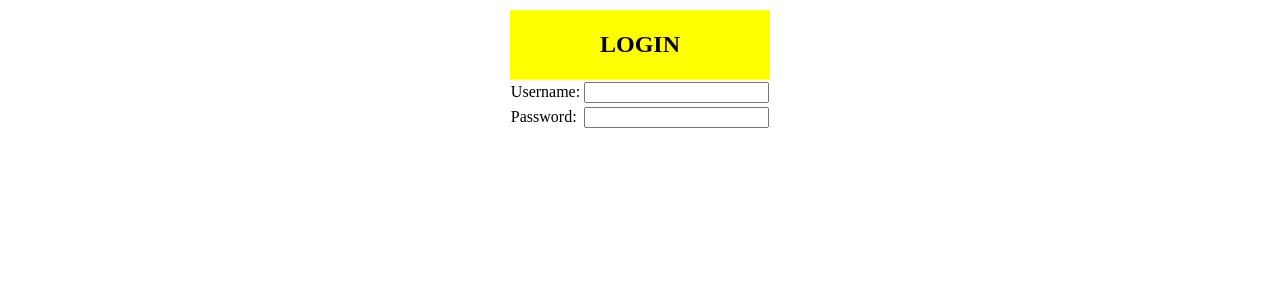
Repository: FatCat0712/JSP
Page: http://localhost/bai_21/login.jsp
These files come from the project's save history. The page is drawn as it stood at one moment and after the next save; the edit follows.
The browser window is 1280 px wide. The pictures show the whole page.
The page is served by Tomcat 9.

Above is the page before, as saved 2024-04-23 00:59:11.

After the next save:
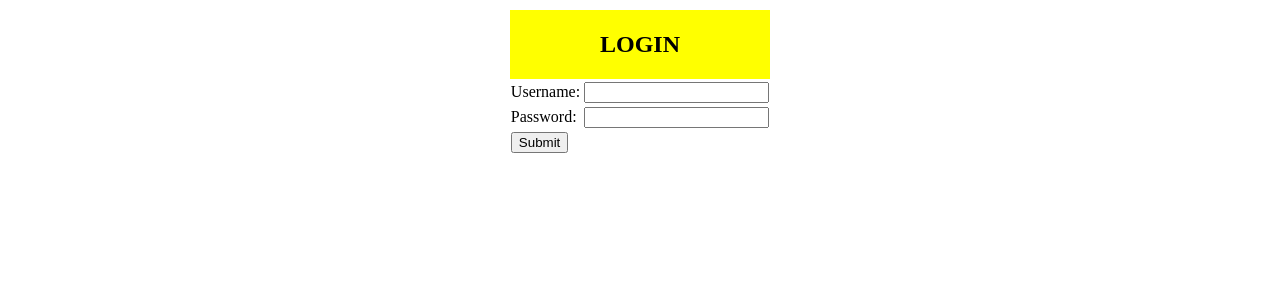
Saved 34 s later.
--- a/bai_21/src/main/webapp/login.jsp
+++ b/bai_21/src/main/webapp/login.jsp
@@ -25,7 +25,11 @@
 				<input type="text" name="password"/>
 			</td>
 		</tr>
-		<tr></tr>
+		<tr>
+			<td>
+				<input type="submit" value="Submit"/>
+			</td>
+		</tr>
 	</table>
 </body>
 </html>
